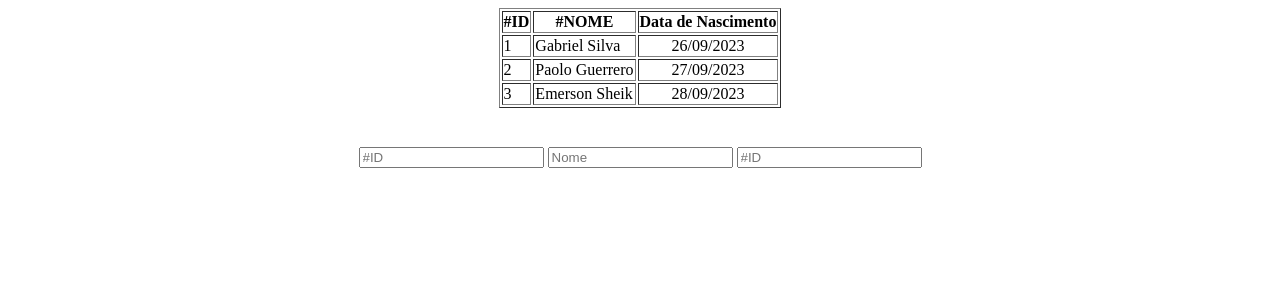
Repository: gabrielsilva9810/FATEC_LABEngSoftware
Page: ExemploHTML/src/main/webapp/index.html
These files come from the project's save history. The page is drawn as it stood at one moment and after the next save; the edit follows.
The browser window is 1280 px wide. The pictures show the whole page.

Above is the page before, as saved 2023-08-26 13:18:57.

### ExemploHTML/src/main/webapp/index.html
<!DOCTYPE html>
<html>

<head>
	<meta charset="UTF-8">
	<title>Exemplo HTML</title>
</head>

<body>
	<div align="center">

		<table border=1>
			<thead>
				<tr>
					<th><b> #ID</b></th>
					<th><b> #NOME</b></th>
					<th><b> Data de Nascimento</b></th>
				</tr>
			</thead>
			<tbody>
				<tr>
					<td>1</td>
					<td>Gabriel Silva</td>
					<td align="center">26/09/2023</td>
				</tr>

				<tr>
					<td>2</td>
					<td>Paolo Guerrero</td>
					<td align="center">27/09/2023</td>
				</tr>

				<tr>
					<td>3</td>
					<td>Emerson Sheik</td>
					<td align="center">28/09/2023</td>
				</tr>


			</tbody>
		</table>

		<br />
		<br />

		<div align="center">
			<table>
				<tr>

					<td>
						<input type ="number" min="0" step= "1" id="id" name="id" placeholder="#ID" required="required">

					</td>

					<td>
						<input type ="text" id="nome" name="nome" placeholder="Nome" required="required">

					</td>

					<td>
						<input type ="number" min="0" step= "1" id="id" name="id" placeholder="#ID" required="required">

					</td>

				</tr>
			</table>

		</div>

	</div>
</body>

</html>

After the next save:
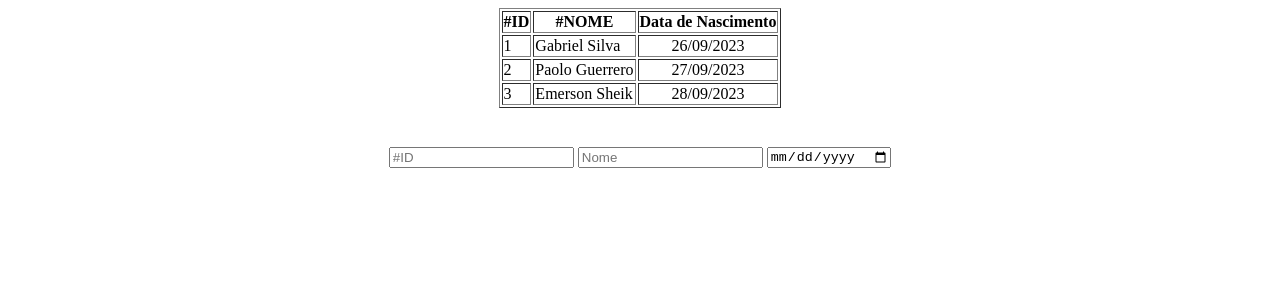
Saved 66 s later.
--- a/ExemploHTML/src/main/webapp/index.html
+++ b/ExemploHTML/src/main/webapp/index.html
@@ -58,7 +58,7 @@
 					</td>
 
 					<td>
-						<input type ="number" min="0" step= "1" id="id" name="id" placeholder="#ID" required="required">
+						<input type ="date" id="id" name="dataNasc" placeholder="Data de Nascimento" required="required">
 
 					</td>
 
